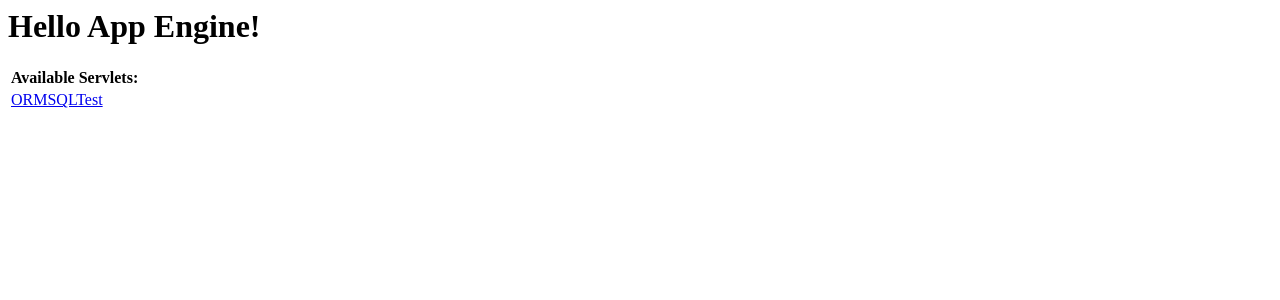
Repository: ndonnelly7/clinic-web-app
Page: Web App/ORMSQLTest/war/index.html
An editor plug-in stored every save of this project. The page is shown before and after the next save, followed by the edit.
The browser window is 1280 px wide. The pictures show the whole page.

Above is the page before, as saved 2014-01-10 10:39:03.

After the next save:
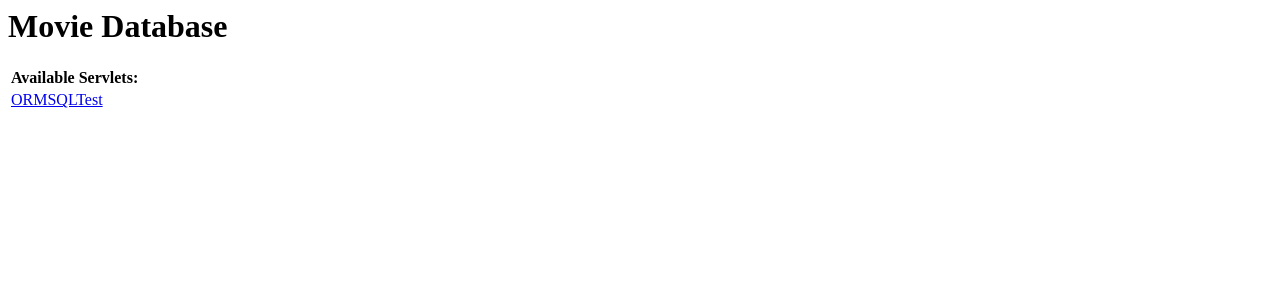
Saved 9 s later.
--- a/Web App/ORMSQLTest/war/index.html
+++ b/Web App/ORMSQLTest/war/index.html
@@ -13,7 +13,7 @@
   </head>
 
   <body>
-    <h1>Hello App Engine!</h1>
+    <h1>Movie Database</h1>
 
     <table>
       <tr>
